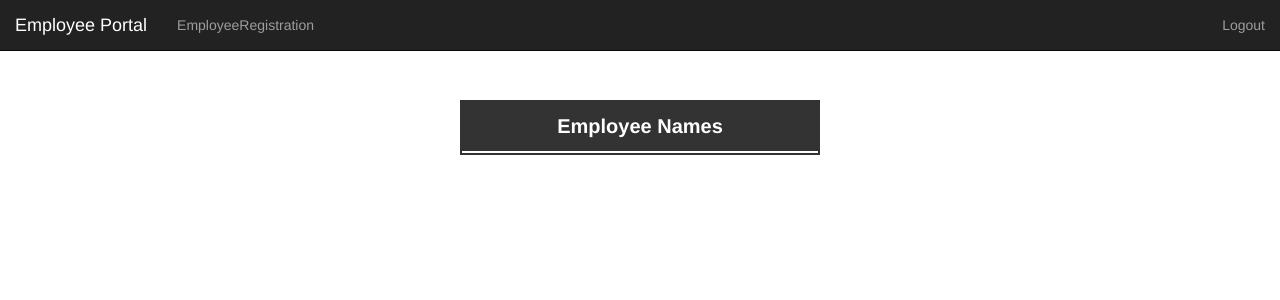
Repository: jagdishpatil18/JavaAdv
Page: http://localhost/EmployeePortal/EmployeeDetails
An editor plug-in stored every save of this project. The page is shown before and after the next save, followed by the edit.
The browser window is 1280 px wide. The pictures show the whole page.
Some web libraries are served in a nearby version. The page is served by Tomcat 9. The session is filled in as if someone had signed in: {"accesscount": 1, "userid": 1}. Queries for data that is not in the repository find no rows.

Above is the page before, as saved 2017-05-27 05:01:11.

After the next save:
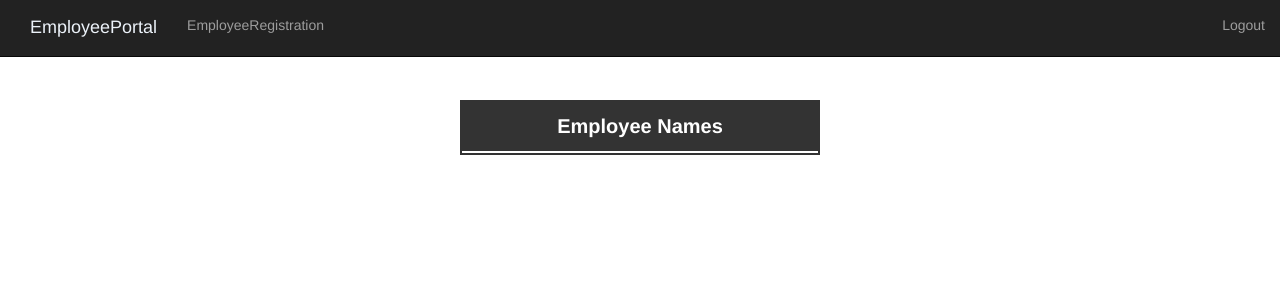
Saved 2 min 23 s later.
--- a/EmployeePortal/EmployeePortal/WebContent/EmployeeInfo.jsp
+++ b/EmployeePortal/EmployeePortal/WebContent/EmployeeInfo.jsp
@@ -103,6 +103,10 @@ color:white;
 background-color:  #666666;
 }
 
+.portalname1{
+color: 	 	 #ecf2f9;
+padding: 8px 15px;
+}
 </style>
 
 </head>
@@ -152,7 +156,8 @@ background-color:  #666666;
         <span class="icon-bar"></span>
         <span class="icon-bar"></span>
       </button>
-			<a class="navbar-brand" >Employee Portal</a>
+          <h4 class="portalname1">EmployeePortal</h4>
+		<!-- 	<a class="navbar-brand" >Employee Portal</a> -->
 		</div>
 	<!-- 	<div class="collapse navbar-collapse"> -->
 		<div class="collapse navbar-collapse" id="myNavbar">
